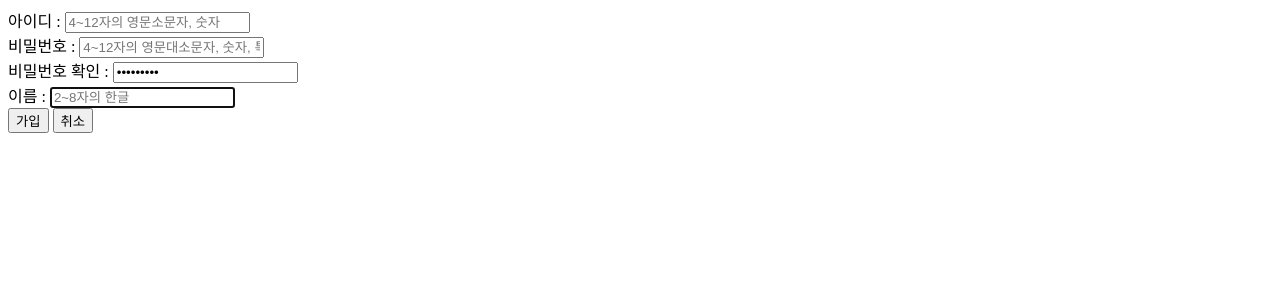
Repository: ih0615/NewJSP
Page: http://localhost/board/views/member/registerForm.jsp
These files come from the project's save history. The page is drawn as it stood at one moment and after the next save; the edit follows.
The browser window is 1280 px wide. The pictures show the whole page.
Empty fields were first filled with sample values (such as "Sample", 5 or name@example.com).
After loading, the first visible `button` was clicked once.
The page is served by Tomcat 9. Nobody is signed in. The application's start-up code is not run. Other server files are loaded and not shown.

Above is the page before, as saved 2020-11-20 03:52:58.

### board/WebContent/views/member/registerForm.jsp
<%@ page language="java" contentType="text/html; charset=UTF-8" pageEncoding="UTF-8"%>
<!DOCTYPE html>
<html>
<head>
<meta charset="UTF-8">
<title>회원가입</title>
<script src="https://code.jquery.com/jquery-3.5.1.js" integrity="sha256-QWo7LDvxbWT2tbbQ97B53yJnYU3WhH/C8ycbRAkjPDc=" crossorigin="anonymous"></script>
<script>
	function join() {
		var id = $('#id').val();
		var pwd = $('#pwd').val();
		var pwd_confirm = $('#pwd_confirm').val();
		var name = $('#name').val();

		if (!id) {
			alert("아이디를 입력해 주세요");
			$('#id').focus();
			return;
		}
		if (!pwd) {
			alert("비밀번호를 입력해 주세요");
			$('#pwd').focus();
			return;
		}
		if (!pwd_confirm) {
			alert("비밀번호 확인을 입력해 주세요");
			$('#pwd_confirm').focus();
			return;
		}
		if (!name) {
			alert("이름을 입력해 주세요");
			$('#name').focus();
			return;
		}
		if (pwd != pwd_confirm) {
			alert("비밀번호가 일치하지 않습니다.");
			return;
		}

		var regExp = new RegExp("^[a-z0-9]{4,12}$", "g");
		if (regExp.exec(id) == null) {
			alert("잘못된 아이디 형식입니다.");
			$('#id').val('');
			$('#id').focus();
		}

		regExp = new RegExp("^[a-zA-Z0-9][!@#$%^&]{4,12}$", "g");
		if (regExp.exec(pwd) == null) {
			alert("잘못된 비밀번호 형식입니다.");
			$('#pwd').val('');
			$('#pwd').focus();
		}

		regExp = new RegExp("^[가-힣]{2,8}$", "g");
		if (regExp.exec(name) == null) {
			alert("잘못된 이름 형식입니다.");
			$('#name').val('');
			$('#name').focus();
		}
	}
</script>
</head>
<body>
	<form action="/memberRegisterProc.do" method="post">
		<div>
			아이디 : <input type="text" maxlength="12" placeholder="4~12자의 영문소문자, 숫자" id="id" />
		</div>
		<div>
			비밀번호 : <input type="password" placeholder="4~12자의 영문대소문자, 숫자, 특수기호(!,@,#,$,%,^,&,*)" id="pwd" />
		</div>
		<div>
			비밀번호 확인 : <input type="password" id="pwd_confirm" />
		</div>
		<div>
			이름 : <input type="text" maxlength="8" placeholder="2~8자의 한글" id="name" />
		</div>
	</form>
	<button onclick="join()">가입</button>
	<button onclick="location.href='/'">취소</button>
</body>
</html>

After the next save:
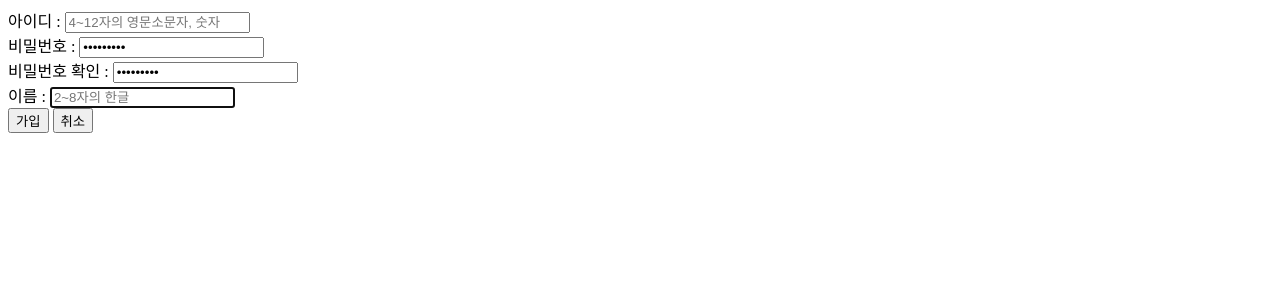
Saved 29 s later.
--- a/board/WebContent/views/member/registerForm.jsp
+++ b/board/WebContent/views/member/registerForm.jsp
@@ -44,7 +44,7 @@
 			$('#id').focus();
 		}
 
-		regExp = new RegExp("^[a-zA-Z0-9][!@#$%^&]{4,12}$", "g");
+		regExp = new RegExp("^[a-zA-Z0-9!@#$%^&]{4,12}$", "g");
 		if (regExp.exec(pwd) == null) {
 			alert("잘못된 비밀번호 형식입니다.");
 			$('#pwd').val('');
